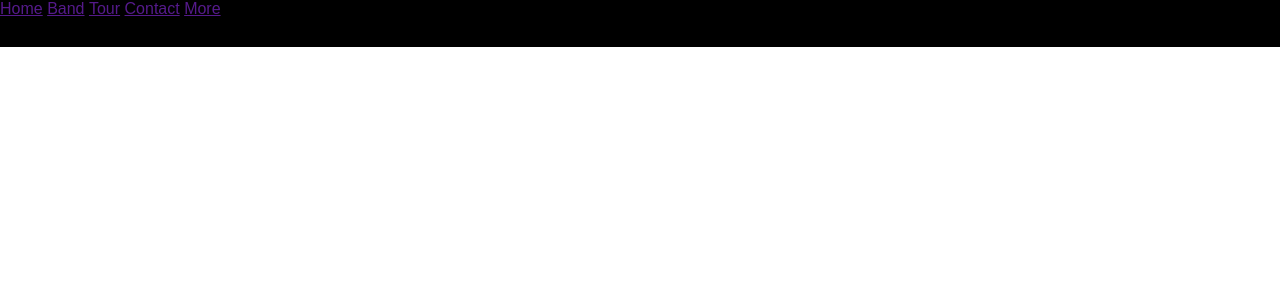
Repository: ngotranphuongbao/theband
Page: index.html
An editor plug-in stored every save of this project. The page is shown before and after the next save, followed by the edit.
The browser window is 1280 px wide. The pictures show the whole page.
Some web libraries are served in a nearby version.

Above is the page before, as saved 2022-12-21 07:09:06.

### index.html
<!DOCTYPE html>
<html lang="en">
<head>
    <meta charset="UTF-8">
    <meta http-equiv="X-UA-Compatible" content="IE=edge">
    <meta name="viewport" content="width=device-width, initial-scale=1.0">
    <title>Document</title>
    <link rel="stylesheet" href="./assets/css/style.css">
    <script src="https://kit.fontawesome.com/55a0c61423.js" crossorigin="anonymous"></script>
</head>
<body>
    <div id="main">
        <div id="header">
            <ul id="nav">
                <li><a href="">Home</a></li>
                <li><a href="">Band</a></li>
                <li><a href="">Tour</a></li>
                <li><a href="">Contact</a></li>
                <li><a href="">More</a></li>
            </ul>
        </div>

        <div id="slider">

        </div>

        <div id="content">

        </div>

        <div id="footer">

        </div>
    </div>

</body>
</html>

### assets/css/style.css
* {
    padding: 0px;
    margin: 0px;
    box-sizing: border-box;
}

html {
    font-family: Arial, Helvetica, sans-serif;
}

#main {

}

#header {
    height: 46.5px;
    background-color: black;


}

#nav > li {
    display: inline-block;
}

#slider {

}

#content {

}

#footer {

}

After the next save:
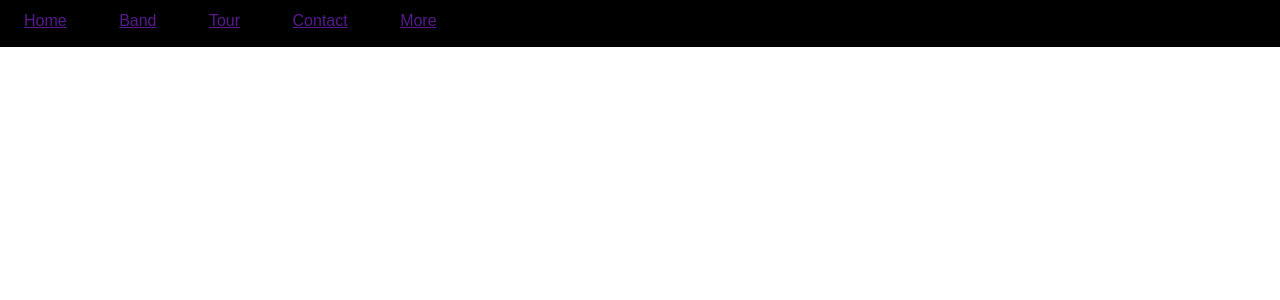
Saved 43 s later.
--- a/assets/css/style.css
+++ b/assets/css/style.css
@@ -21,6 +21,7 @@
 
 #nav > li {
     display: inline-block;
+    padding: 12px 24px;
 }
 
 #slider {
